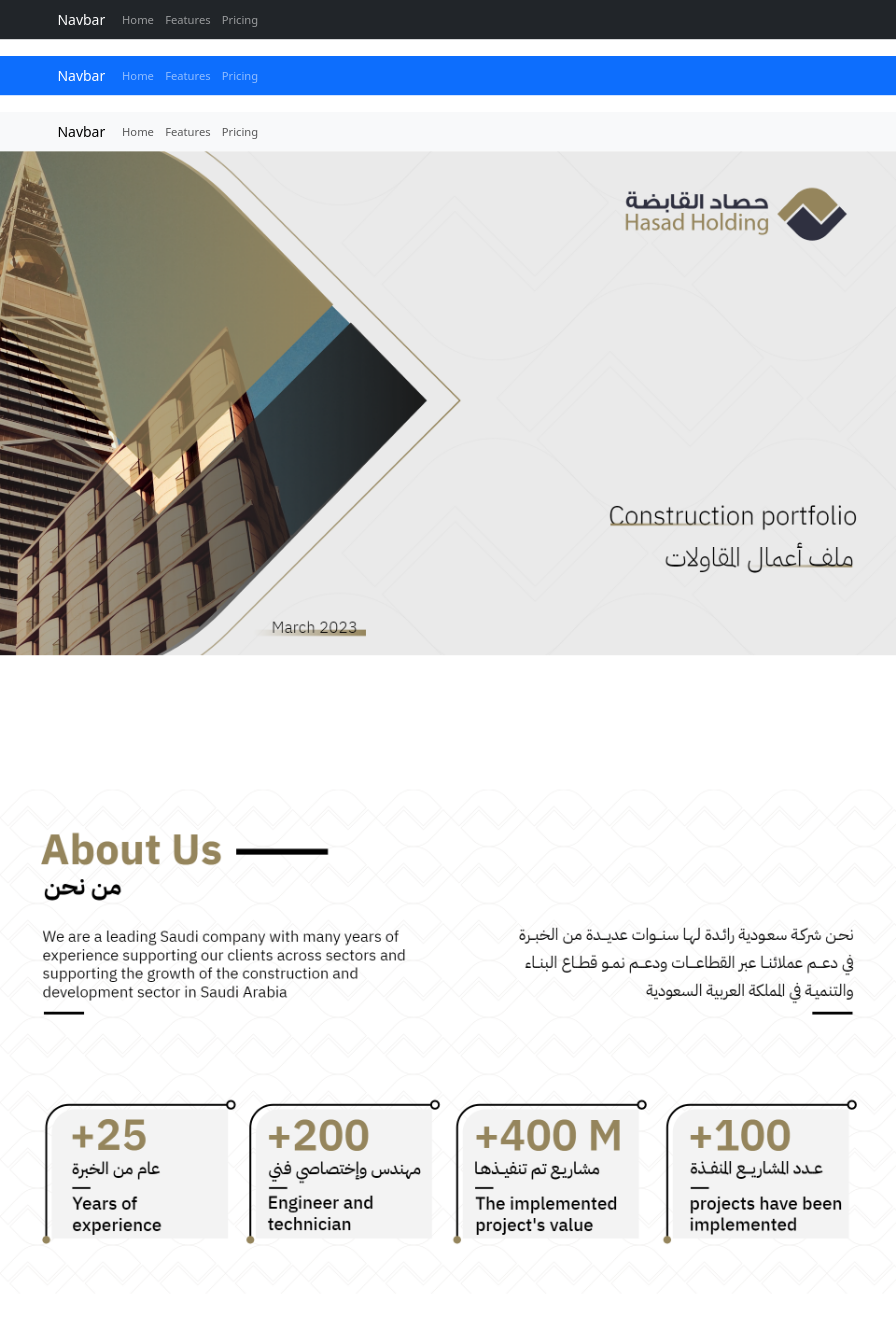
Repository: shahzaibrehman123/hasad-holding
Page: /
The author's editor kept a copy of each file at every save. The page is drawn from the files as they stood at one save, then again after the next save.
The browser window is 1280 px wide. The pictures show the part of the page from y = 0 to 1920 px (the page is 7138 px tall before and 6978 px after), at 70% of full size.
The project was rebuilt for these pictures with package versions that can differ from the ones it lists, and the page was loaded fresh each time.

Above is the page before, as saved 2023-11-07 16:28:54.

### public/index.html
<!DOCTYPE html>
<html lang="en">
  <head>
    <meta charset="utf-8" />
    <link rel="icon" href="%PUBLIC_URL%/logo.png" />
    <meta name="viewport" content="width=device-width, initial-scale=1" />
    <meta name="theme-color" content="#000000" />
    <meta
      name="description"
      content="A Project Build on React"
    />
    <link rel="apple-touch-icon" href="%PUBLIC_URL%/logo192.png" />
    <!--
      manifest.json provides metadata used when your web app is installed on a
      user's mobile device or desktop. See https://developers.google.com/web/fundamentals/web-app-manifest/
    -->
    <link rel="manifest" href="%PUBLIC_URL%/manifest.json" />
    <!--
      Notice the use of %PUBLIC_URL% in the tags above.
      It will be replaced with the URL of the `public` folder during the build.
      Only files inside the `public` folder can be referenced from the HTML.

      Unlike "/favicon.ico" or "favicon.ico", "%PUBLIC_URL%/favicon.ico" will
      work correctly both with client-side routing and a non-root public URL.
      Learn how to configure a non-root public URL by running `npm run build`.
    -->
    <title>حصاد القابضة</title>
  </head>
  <body>
    <noscript>You need to enable JavaScript to run this app.</noscript>
    <div id="root"></div>
    <!--
      This HTML file is a template.
      If you open it directly in the browser, you will see an empty page.

      You can add webfonts, meta tags, or analytics to this file.
      The build step will place the bundled scripts into the <body> tag.

      To begin the development, run `npm start` or `yarn start`.
      To create a production bundle, use `npm run build` or `yarn build`.
    -->
  </body>
</html>

### src/App.js

import './App.css';
import 'bootstrap/dist/css/bootstrap.min.css';

import AboutUs from './components/AboutUs/AboutUs';
import Clients from './components/Clients/Clients';
import MainPage from './components/MainPage/MainPage';
import Numbers from './components/Numbers/Numbers';
import Partners from './components/Partners/Partners';
import Projects from './components/Projects/Projects';
import Services from './components/Services/Services';
import Contact from './components/Contact/Contact';
import Header from './components/Header/Header';

function App() {
  return (
    <>
    <Header/>
    <MainPage/>
    <AboutUs/>
    <Services/>
    <Numbers/>
    <Clients/>
    <Partners/>
    <Projects/>
    <Contact/>
    </>
  );
}

export default App;

### src/components/AboutUs/AboutUs.jsx
import React from "react";
import img from "./Assets/image.png";
import "./style.css"

function AboutUs() {
  return (
    <div className="about-container">
      <img
        src={img}
        className="img-responsive"
        alt="background"
      />
    </div>
  );
}

export default AboutUs;

### src/components/Clients/Clients.jsx
import React from 'react'
import img from "./Assets/image.png";
import "./style.css"

function Clients() {
  return (
    <div className='client-container'>
        <img src={img} className="img-responsive" alt="background"/>
    </div>
  )
}

export default Clients

### src/components/MainPage/MainPage.jsx
import React from 'react'
import img from "./Assets/image.png"
import "./style.css"

function MainPage() {
  return (
    <div className='main-container'>
      <img src={img} className='img-responsive' alt="background"/>
    </div>
  )
}

export default MainPage

### src/components/Numbers/Numbers.jsx
import React from "react";
import img from "./Assets/image.png";
import "./style.css"
function Numbers() {
  return (
    <div className="numbers-container">
    <img src={img} className="img-responsive" alt="background"/>
    </div>
  );
}

export default Numbers;

### src/components/Partners/Partners.jsx
import React from "react";
import img from "./Assets/image.png";
import "./style.css";
function Partners() {
  return (
    <div className="partner-container">
      <img src={img} className="img-responsive" alt="background" />
    </div>
  );
}

export default Partners;

### src/components/Projects/Projects.jsx
import Carousel from 'react-bootstrap/Carousel';
import img1 from "./Assets/1.png"
import img2 from "./Assets/2.png"
import img3 from "./Assets/3.png"
import img4 from "./Assets/4.png"
import img5 from "./Assets/5.png"
import img6 from "./Assets/6.png"
import img7 from "./Assets/7.png"
import img8 from "./Assets/8.png"
import img9 from "./Assets/9.png"
import img10 from "./Assets/10.png"
import img11 from "./Assets/11.png"
import img12 from "./Assets/12.png"
import img13 from "./Assets/13.png"
import img14 from "./Assets/14.png"
import img15 from "./Assets/15.png"
import img16 from "./Assets/16.png"
import img17 from "./Assets/17.png"
import img18 from "./Assets/18.png"
import img19 from "./Assets/19.png"
import img20 from "./Assets/20.png"
import img21 from "./Assets/21.png"
import "./style.css";

function Projects() {
  return (
    <Carousel>
      <Carousel.Item>
        <img className="img-responsive" src={img1} alt="First slide" />
      </Carousel.Item>
      <Carousel.Item>
        <img className="img-responsive" src={img2} alt="Second slide" />
      </Carousel.Item>
      <Carousel.Item>
        <img className="img-responsive" src={img3} alt="Third slide" />
      </Carousel.Item>
      <Carousel.Item>
        <img className="img-responsive" src={img4} alt="Fourth slide" />
      </Carousel.Item>
      <Carousel.Item>
        <img className="img-responsive" src={img5} alt="Fifth slide" />
      </Carousel.Item>
      <Carousel.Item>
        <img className="img-responsive" src={img6} alt="Sixth slide" />
      </Carousel.Item>
      <Carousel.Item>
        <img className="img-responsive" src={img7} alt="Seventh slide" />
      </Carousel.Item>
      <Carousel.Item>
        <img className="img-responsive" src={img8} alt="Eighth slide" />
      </Carousel.Item>
      <Carousel.Item>
        <img className="img-responsive" src={img9} alt="Ninth slide" />
      </Carousel.Item>
      <Carousel.Item>
        <img className="img-responsive" src={img10} alt="Tenth slide" />
      </Carousel.Item>
      <Carousel.Item>
        <img className="img-responsive" src={img11} alt="Eleventh slide" />
      </Carousel.Item>
      <Carousel.Item>
        <img className="img-responsive" src={img12} alt="Twelfth slide" />
      </Carousel.Item>
      <Carousel.Item>
        <img className="img-responsive" src={img13} alt="Thirteenth slide" />
      </Carousel.Item>
      <Carousel.Item>
        <img className="img-responsive" src={img14} alt="Fourteenth slide" />
      </Carousel.Item>
      <Carousel.Item>
        <img className="img-responsive" src={img15} alt="Fifteenth slide" />
      </Carousel.Item>
      <Carousel.Item>
        <img className="img-responsive" src={img16} alt="Sixteenth slide" />
      </Carousel.Item>
      <Carousel.Item>
        <img className="img-responsive" src={img17} alt="Seventeenth slide" />
      </Carousel.Item>
      <Carousel.Item>
        <img className="img-responsive" src={img18} alt="Eighteenth slide" />
      </Carousel.Item>
      <Carousel.Item>
        <img className="img-responsive" src={img19} alt="Nineteenth slide" />
      </Carousel.Item>
      <Carousel.Item>
        <img className="img-responsive" src={img20} alt="20 slide" />
      </Carousel.Item>
      <Carousel.Item>
        <img className="img-responsive" src={img21} alt="21 slide" />
      </Carousel.Item>
    </Carousel>
  );
}

export default Projects

### src/components/Services/Services.jsx
import React from "react";
import img from "./Assets/image.png";
import "./style.css";
function Services() {
  return (
    <div className="Services-container">
      <img src={img} className="img-responsive" alt="background" />
    </div>
  );
}

export default Services;

### src/components/Contact/Contact.jsx
import React from "react";
import img from "./Assets/image.png";
import "./style.css";

function Contact() {
  return (
    <div className="contact-container">
      <img src={img} className="img-responsive" alt="background" />
    </div>
  );
}

export default Contact;

### src/components/Header/Header.jsx
import React from "react";
import Container from "react-bootstrap/Container";
import Nav from "react-bootstrap/Nav";
import Navbar from "react-bootstrap/Navbar";

function Header() {
  return (
    <>
      <Navbar bg="dark" data-bs-theme="dark">
        <Container>
          <Navbar.Brand href="#home">Navbar</Navbar.Brand>
          <Nav className="me-auto">
            <Nav.Link href="#home">Home</Nav.Link>
            <Nav.Link href="#features">Features</Nav.Link>
            <Nav.Link href="#pricing">Pricing</Nav.Link>
          </Nav>
        </Container>
      </Navbar>
      <br />
      <Navbar bg="primary" data-bs-theme="dark">
        <Container>
          <Navbar.Brand href="#home">Navbar</Navbar.Brand>
          <Nav className="me-auto">
            <Nav.Link href="#home">Home</Nav.Link>
            <Nav.Link href="#features">Features</Nav.Link>
            <Nav.Link href="#pricing">Pricing</Nav.Link>
          </Nav>
        </Container>
      </Navbar>

      <br />
      <Navbar bg="light" data-bs-theme="light">
        <Container>
          <Navbar.Brand href="#home">Navbar</Navbar.Brand>
          <Nav className="me-auto">
            <Nav.Link href="#home">Home</Nav.Link>
            <Nav.Link href="#features">Features</Nav.Link>
            <Nav.Link href="#pricing">Pricing</Nav.Link>
          </Nav>
        </Container>
      </Navbar>
    </>
  );
}

export default Header;

### src/components/AboutUs/style.css
.about-container{
    margin:0px 0px 15% 0px;
}

.img-responsive {
    width: 100%;
    height: auto;
    object-fit: cover; /* or 'contain' depending on your needs */
  }

### src/components/Clients/style.css
.client-container{
    margin:5px 0px 15% 0px;
}
.img-responsive {
    width: 100%;
    height: auto;
    object-fit: cover; /* or 'contain' depending on your needs */
  }

### src/components/MainPage/style.css
.main-container{
    margin:0px 0px 15% 0px;
    height: 100vh;
}
.img-responsive {
    width: 100%;
    height: 100%;
    object-fit: cover; /* or 'contain' depending on your needs */
}


@media screen and (max-width: 1024px) {
    .main-container{
        height: auto;
    }
  }

  @media screen and (max-width: 768px) {
    .main-container{
        height: auto;
    }
  }

  @media screen and (max-width: 480px) {
    .main-container{
        height: auto;
    }
  }

### src/components/Numbers/style.css
.numbers-container{
    margin:5px 0px 15% 0px;
}
.img-responsive {
    width: 100%;
    height: auto;
    object-fit: cover; /* or 'contain' depending on your needs */
  }

### src/components/Partners/style.css
.partner-container {
  margin: 5px 0px 15% 0px;
}
.img-responsive {
  width: 100%;
  height: auto;
  object-fit: cover; /* or 'contain' depending on your needs */
}

### src/components/Projects/style.css
.carousel-item {
  height: 100vh;
}

.img-responsive {
  width: 100%;
  height: auto;
  object-fit: cover; /* or 'contain' depending on your needs */
}

@media screen and (max-width: 1024px) {
  .img-responsive {
    width: 100%;
    height: auto;
    object-fit: cover;
  }
  .carousel-item {
    height: auto;
  }
}

@media screen and (max-width: 768px) {
  .img-responsive {
    width: 100%;
    height: auto;
    object-fit: cover;
  }
  .carousel-item {
    height: auto;
  }
}

@media screen and (max-width: 480px) {
  .img-responsive {
    width: 100%;
    height: auto;
    object-fit: cover;
  }
  .carousel-item {
    height: auto;
  }
}

### src/components/Services/style.css
.Services-container{
    margin:0px 0px 15% 0px;
}
.img-responsive {
    width: 100%;
    height: auto;
    object-fit: cover; /* or 'contain' depending on your needs */
  }

### src/components/Contact/style.css
.contact-container {
  margin: 10px 0px 0px 0px;
}
.img-responsive {
  width: 100%;
  height: auto;
  object-fit: cover; /* or 'contain' depending on your needs */
}

Loaded but not shown: src/index.js (common file); src/reportWebVitals.js (common file); src/App.css (no stored copy; drawn as an empty file); src/index.css (no stored copy; drawn as an empty file)

After the next save:
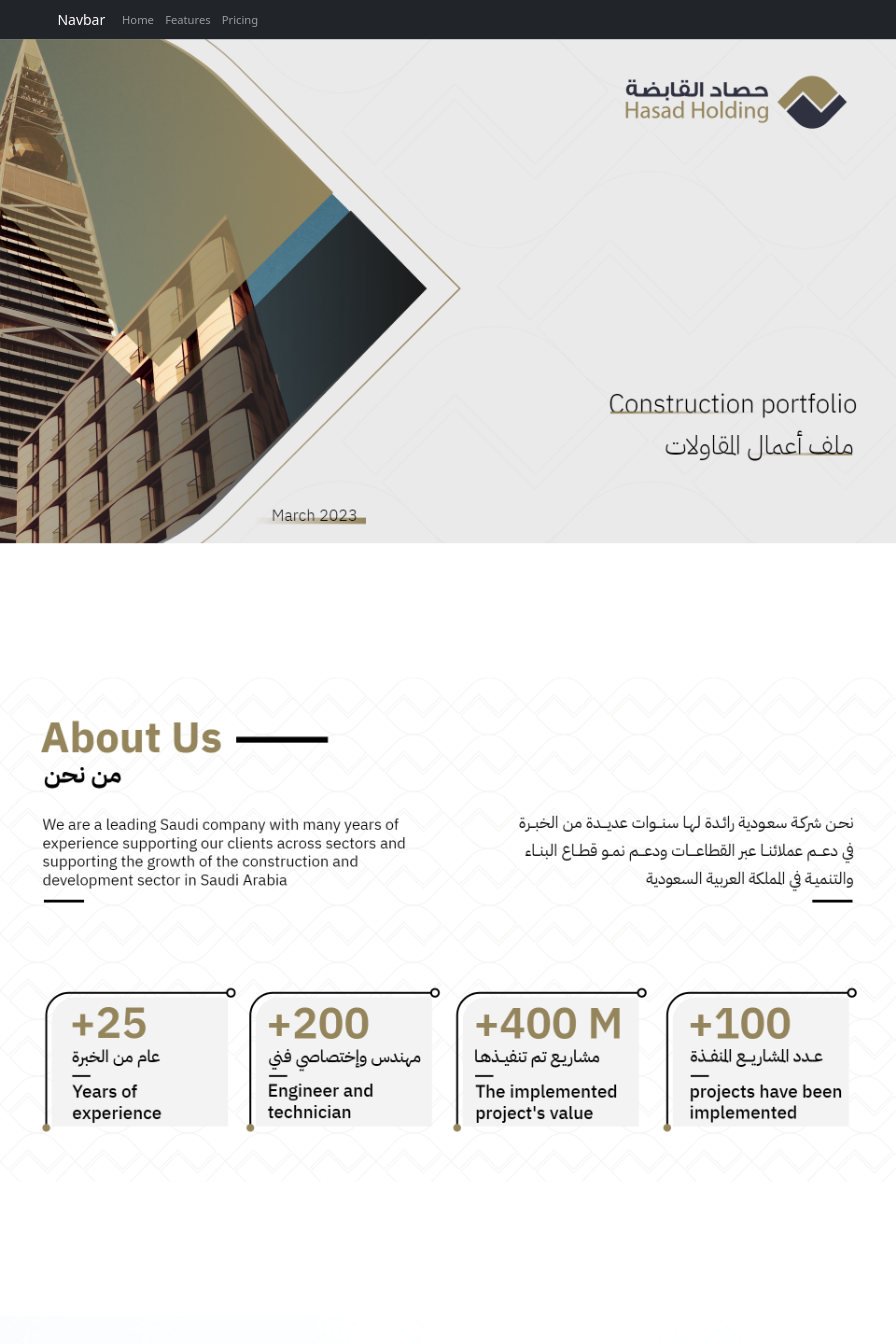
Saved 23 s later.
--- a/src/components/Header/Header.jsx
+++ b/src/components/Header/Header.jsx
@@ -16,29 +16,6 @@
           </Nav>
         </Container>
       </Navbar>
-      <br />
-      <Navbar bg="primary" data-bs-theme="dark">
-        <Container>
-          <Navbar.Brand href="#home">Navbar</Navbar.Brand>
-          <Nav className="me-auto">
-            <Nav.Link href="#home">Home</Nav.Link>
-            <Nav.Link href="#features">Features</Nav.Link>
-            <Nav.Link href="#pricing">Pricing</Nav.Link>
-          </Nav>
-        </Container>
-      </Navbar>
-
-      <br />
-      <Navbar bg="light" data-bs-theme="light">
-        <Container>
-          <Navbar.Brand href="#home">Navbar</Navbar.Brand>
-          <Nav className="me-auto">
-            <Nav.Link href="#home">Home</Nav.Link>
-            <Nav.Link href="#features">Features</Nav.Link>
-            <Nav.Link href="#pricing">Pricing</Nav.Link>
-          </Nav>
-        </Container>
-      </Navbar>
     </>
   );
 }
